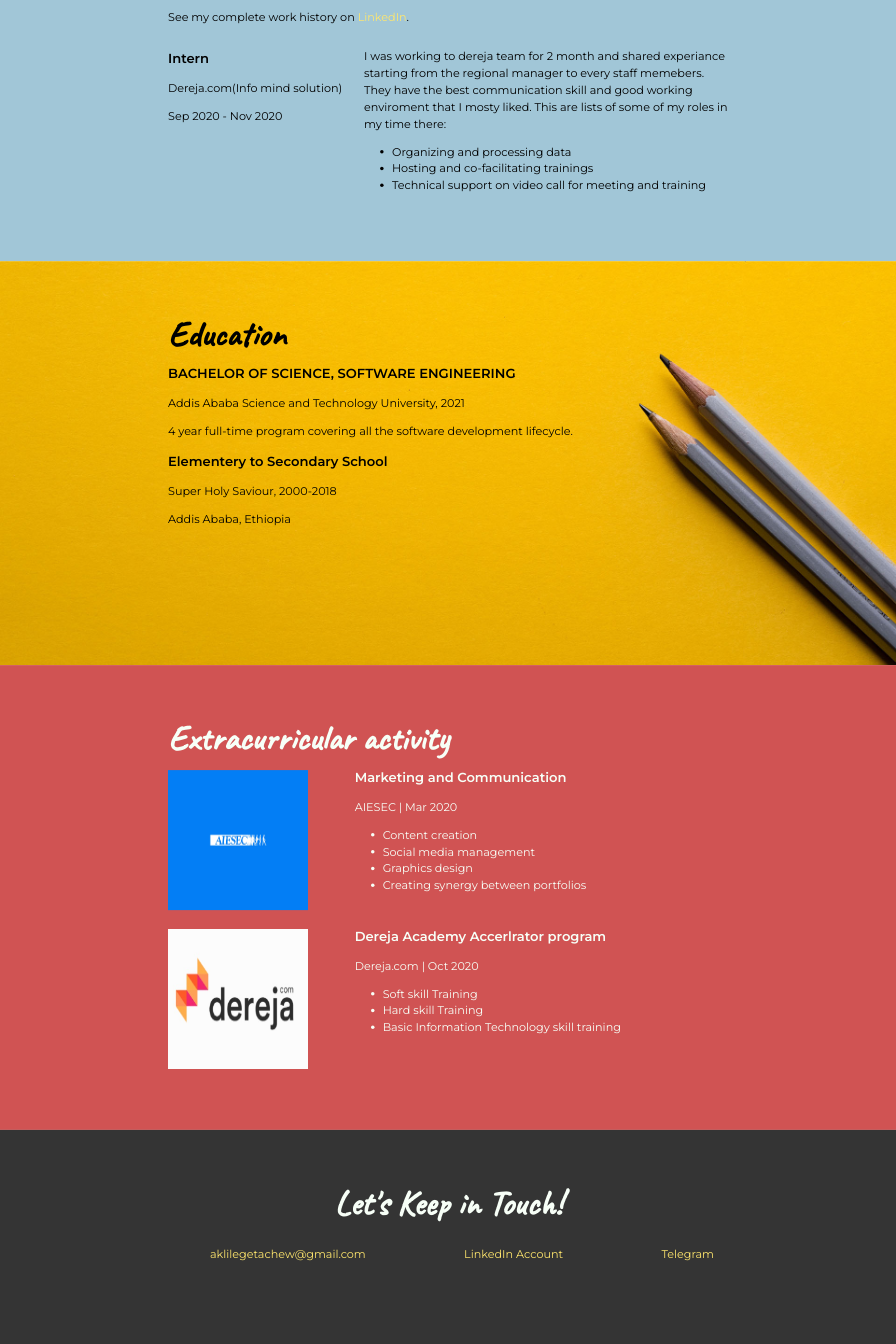
Repository: Aklilegetachew/my-Portfolio
Page: index.html
An editor plug-in stored every save of this project. The page is shown before and after the next save, followed by the edit.
The browser window is 1280 px wide. The pictures show the part of the page from y = 1543 to 3463 px (the page is 3463 px tall), at 70% of full size.

Above is the page before, as saved 2021-11-24 13:44:19.

After the next save:
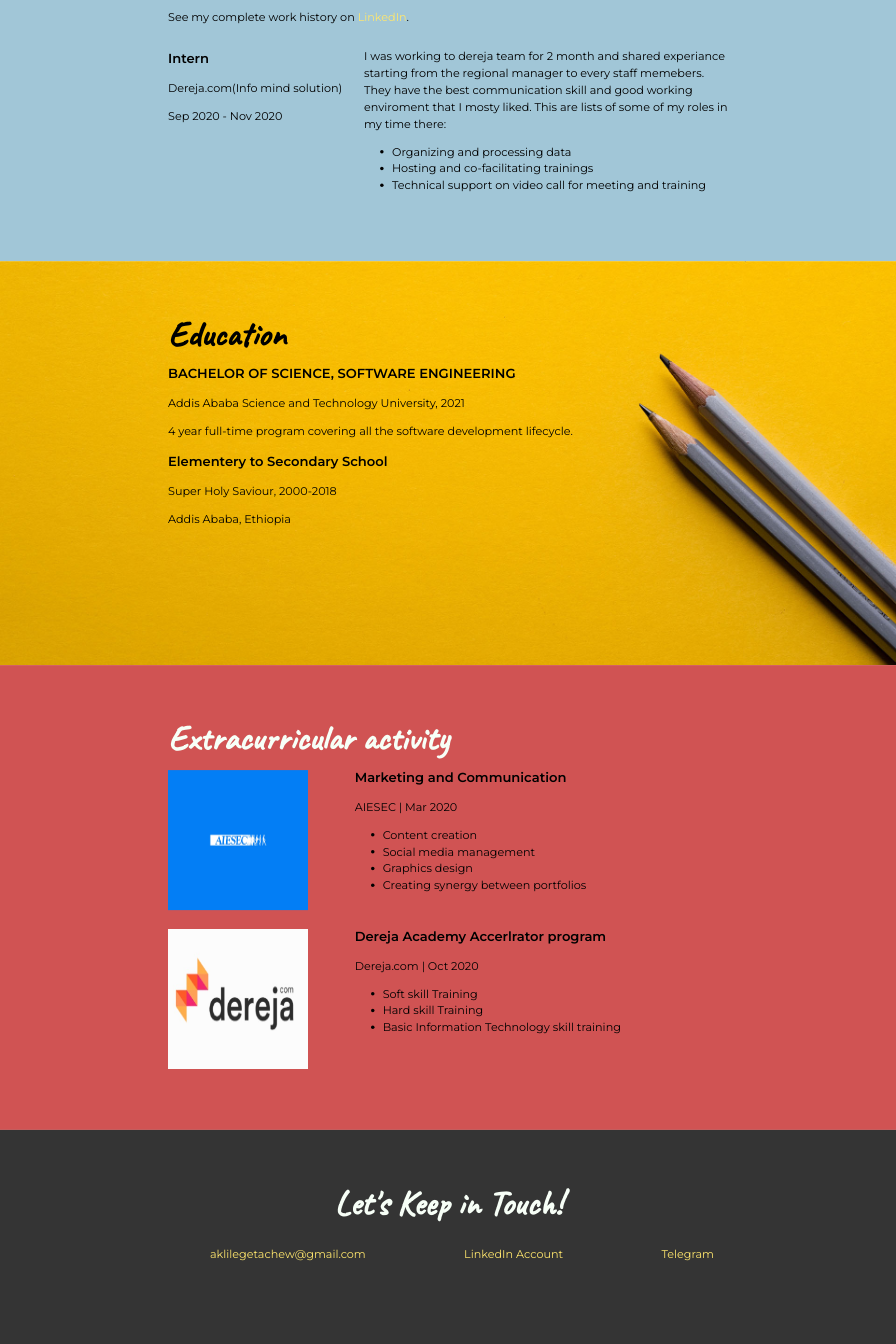
Saved 27 s later.
--- a/css/styles.css
+++ b/css/styles.css
@@ -144,7 +144,7 @@
 =======================================================*/
 .extracurricular{
     background-color: #D05353;
-    color: #F7FFF7;
+
 
 }
 .extracurricular h2{
